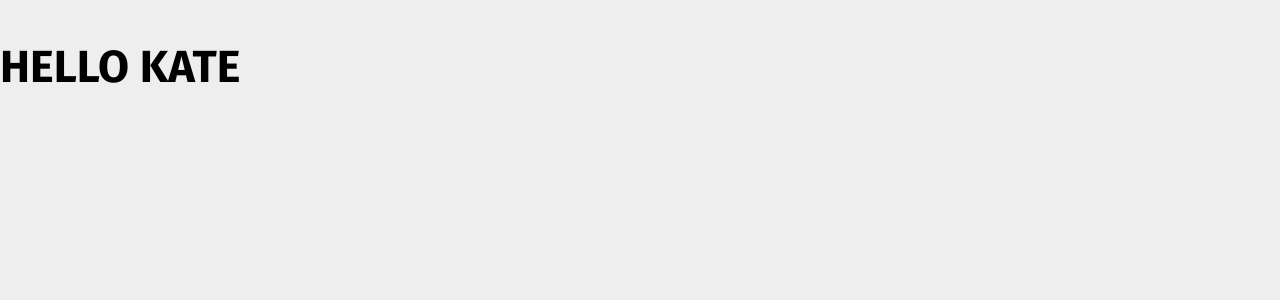
Repository: kate30980/incometracker
Page: /
An editor plug-in stored every save of this project. The page is shown before and after the next save, followed by the edit.
The browser window is 1280 px wide. The pictures show the whole page.
The project was rebuilt for these pictures with package versions that can differ from the ones it lists, and the page was loaded fresh each time.

Above is the page before, as saved 2021-08-23 16:33:14.

After the next save:
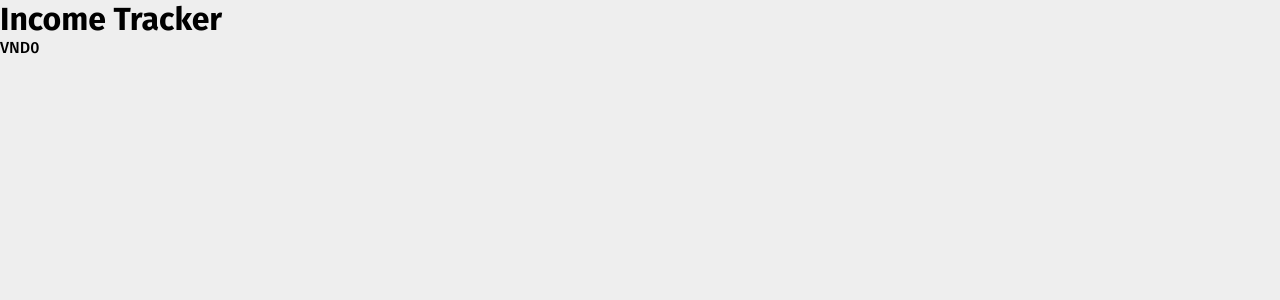
Saved 101 s later.
--- a/src/components/Header.vue
+++ b/src/components/Header.vue
@@ -1,33 +1,16 @@
 <template>
-  <div class="hello">
-      <h1>HELLO KATE</h1>
-  </div>
+  <header>
+      <h1>Income Tracker</h1>
+      <div class="total-income">VND0</div>
+  </header>
 </template>
 
 <script>
 export default {
-  name: 'HelloWorld',
-  props: {
-    msg: String
-  }
+  name: 'Header',
 }
 </script>
 
-<!-- Add "scoped" attribute to limit CSS to this component only -->
 <style scoped>
-h1 {
-  margin: 40px 0 0;
-  font-size: 45px;
-}
-ul {
-  list-style-type: none;
-  padding: 0;
-}
-li {
-  display: inline-block;
-  margin: 0 10px;
-}
-a {
-  color: #42b983;
-}
+
 </style>
